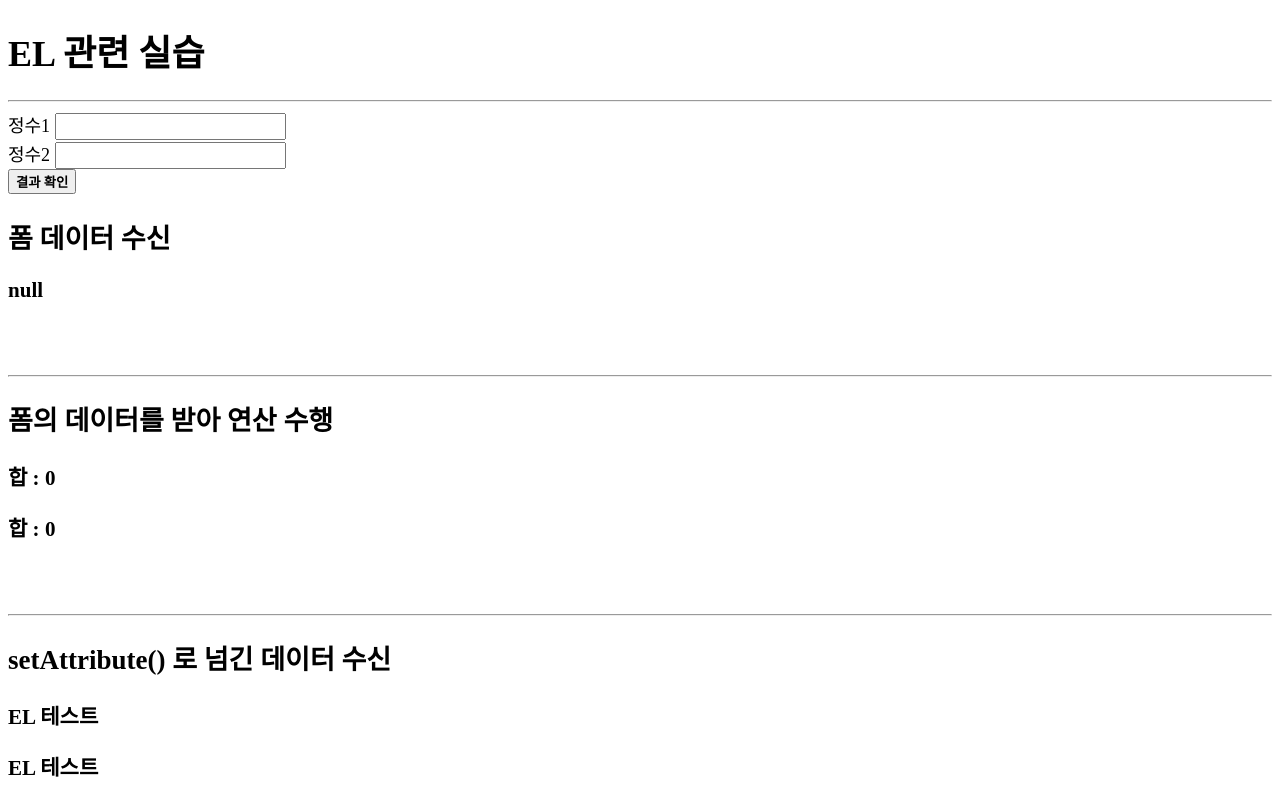
Repository: onpul/Web
Page: http://localhost/WebApp22/Test3.jsp
An editor plug-in stored every save of this project. The page is shown before and after the next save, followed by the edit.
The browser window is 1280 px wide. The pictures show the whole page.
The page is served by Tomcat 9. Other server files are loaded and not shown.

Above is the page before, as saved 2022-04-29 01:17:53.

### WebApp22/WebContent/Test3.jsp
<%@ page contentType="text/html; charset=UTF-8"%>
<%@ taglib prefix="c" uri="http://java.sun.com/jsp/jstl/core"%>
<%
	request.setCharacterEncoding("UTF-8");
	String cp = request.getContextPath();
%>
<%

	request.setAttribute("result", "EL 테스트");

%>
<!DOCTYPE html>
<html>
<head>
<meta charset="UTF-8">
<title>Test3.jsp</title>
<link rel="stylesheet" type="text/css" href="css/main.css">
</head>
<body>

<div>
	<h1>EL 관련 실습</h1>
	<hr />
</div>

<div>
	<!-- action 속성 생략 → su1 과 su2 데이터를 전송하며 요청하는 페이지는 자기 자신~!!! -->
	<form method="post">
		정수1 <input type="text" name="su1" class="txt"/><br>
		정수2 <input type="text" name="su2" class="txt"/><br>
		<button type="submit" class="btn">결과 확인</button>
	</form>
</div>

<div>
	<h2>폼 데이터 수신</h2>

	<!-- 폼의 데이터를 수신하는 방법 1 -->
	<h3><%=request.getParameter("su1") %></h3>

	<!-- 폼의 데이터를 수신하는 방법 2 -->
	<h3>${param.su1 }</h3>
	<!-- EL 문법 관찰 -->
	<!-- 제이쿼리 문법과 혼동될 수 있으니 잘 기억해 두자. -->
	<!-- 내부에 있는 파라미터 중에 su1 -->
	<!-- null에 대해 관대하다. null값이 보이지 않는다.(클라이언트에게 좋음) -->
</div>
<br><br><hr>

<div>
	<h2>폼의 데이터를 받아 연산 수행</h2>

	<!-- 폼의 데이터를 받아 연산을 수행하는 방법 1 -->
	<%
		String s1 = request.getParameter("su1");
		String s2 = request.getParameter("su2");

		int s = 0;

		if (s1!=null && s2!=null)
		{
			s = Integer.parseInt(s1) + Integer.parseInt(s2);
		}
	%>
	<h3>합 : <%=s %></h3>

	<!-- 폼의 데이터를 받아 연산을 수행하는 방법 2 --> <!-- EL 문법 사용! -->
	<h3> 합 : ${param.su1 + param.su2 }</h3>
	<!-- → 파라미터 수신도 알아서... -->
	<!-- → 필요한 캐스팅도 알아서 자동으로 수행 -->
	<!-- → null 을 대하는 방식 유연함 check~!!! -->

	<!-- 최초 페이지 요청에서는 null인 상태, submit 수행 후에는 입력하지 않으면 빈 문자열이 입력된 것 -->

</div>
<br><br><hr>

<div>
	<h2>setAttribute() 로 넘긴 데이터 수신</h2>

	<!-- setAttribute()로 넘긴 데이터를 수신하는 방법1 -->
	<h3><%=request.getAttribute("result") %></h3>

	<!-- setAttribute()로 넘긴 데이터를 수신하는 방법2 -->
	<h3>${result }</h3>

</div>


</body>
</html>

### WebApp22/WebContent/css/main.css
@charset "UTF-8";

*
{
	font-family: 맑은고딕;
	color: black;
}

body, p, div, span, input, table, th, td, select
{
	font-size: 18px;
}

.control
{
	border: 1px solid gray;
	border-radius: 3px;
}

.table
{
	border-collapse: collapse;
	width: 100%;
}

.table th, .table td
{
	border: 1px solid gray;
	border-left: 0px;
	border-right: 0px;
	padding: 3px;
	line-height: 150%;
}

.table th
{
	font-weight: bold;
	background-color: #eeeeee;
}

.btn
{
	font-weight: bold;
}

.btn:hover
{
	color: white;
	background-color: #787;
}

After the next save:
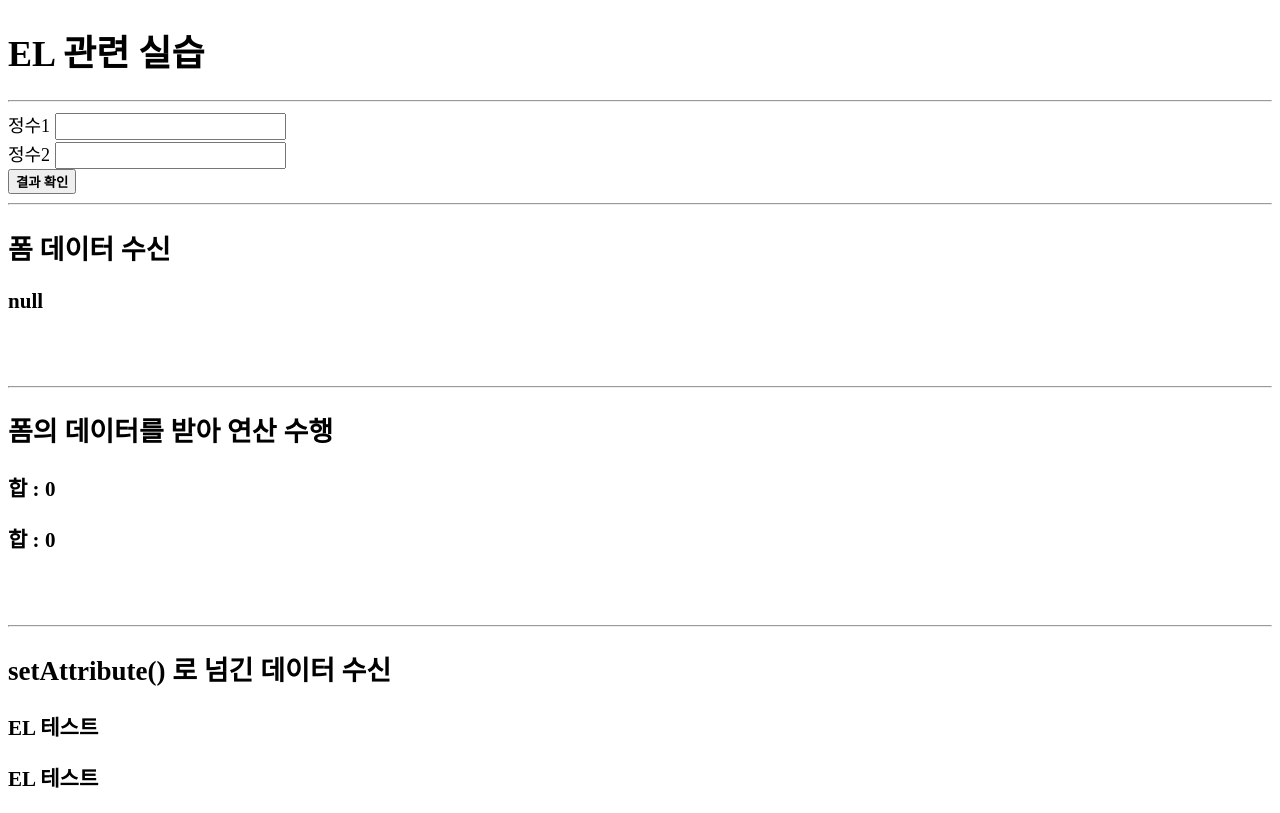
Saved 23 s later.
--- a/WebApp22/WebContent/Test3.jsp
+++ b/WebApp22/WebContent/Test3.jsp
@@ -30,7 +30,7 @@
 		정수2 <input type="text" name="su2" class="txt"/><br>
 		<button type="submit" class="btn">결과 확인</button>
 	</form>
-</div>
+</div><hr>
 
 <div>
 	<h2>폼 데이터 수신</h2>
